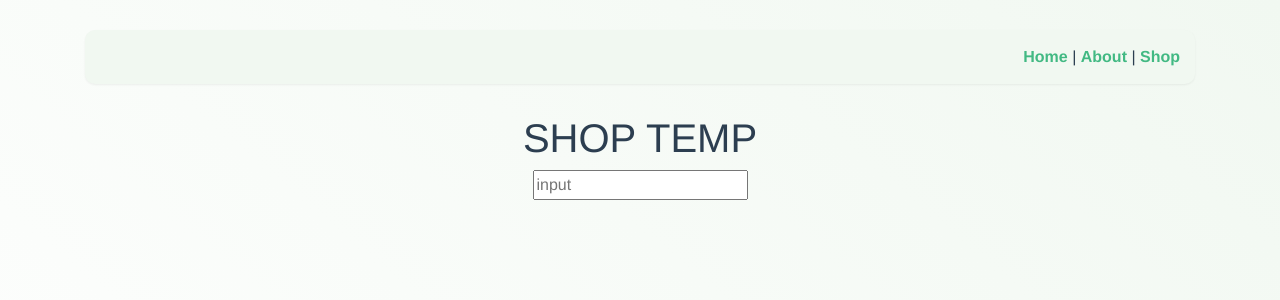
Repository: ramcd86/vuetest
Page: /#/shop
An editor plug-in stored every save of this project. The page is shown before and after the next save, followed by the edit.
The browser window is 1280 px wide. The pictures show the whole page.
The project was rebuilt for these pictures with package versions that can differ from the ones it lists, and the page was loaded fresh each time. Requests to the local data server were answered from the project's data file. Also part of the build but not shown: src/components/HelloWorld.vue, src/views/Home.vue.

Above is the page before, as saved 2019-07-08 11:28:36.

After the next save:
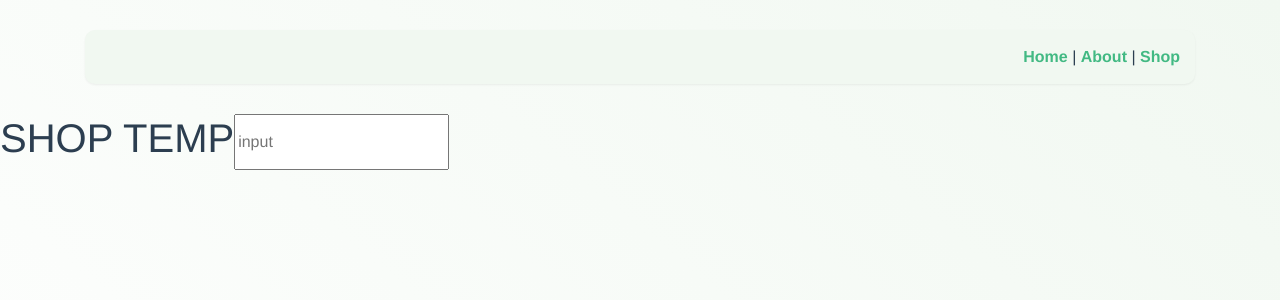
Saved 51 s later.
--- a/src/views/Shop.vue
+++ b/src/views/Shop.vue
@@ -1,7 +1,11 @@
 
 // Template
 <template>
-    <div>
+    <div class="row">
+    <div class="col-8">
+    </div>
+    <div class="col-4">
+    </div>
     <h1>SHOP TEMP</h1>
             <div v-for="item in dataSet" v-bind:key="item.id">
                 {{item.id}} | {{item.first_name}} {{item.last_name}} | {{item.email}}
